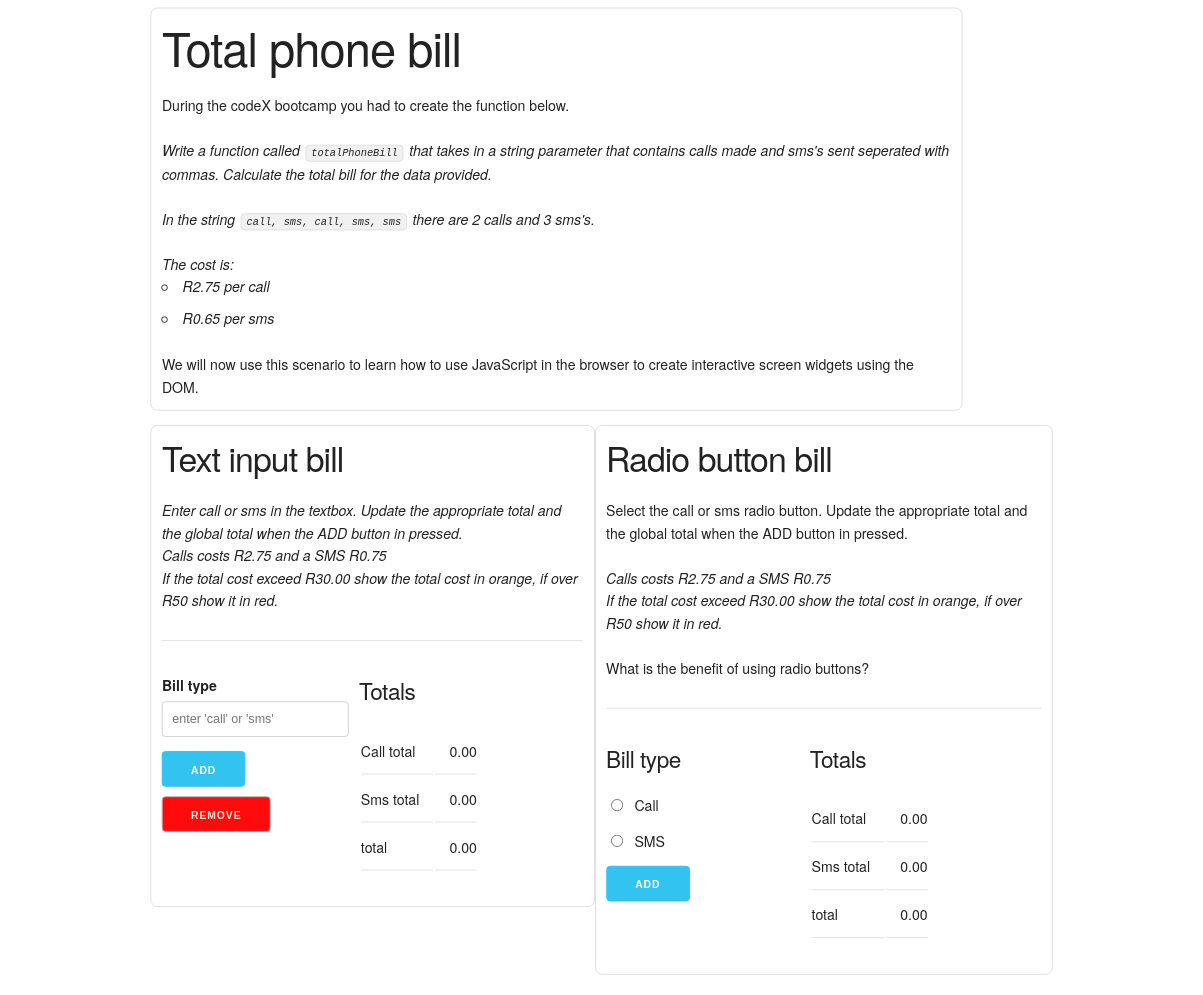
Repository: lasity34/Dom-intro-handlebars
Page: index.html
The author's editor kept a copy of each file at every save. The page is drawn from the files as they stood at one save, then again after the next save.
The browser window is 1280 px wide. The pictures show the whole page, at 94% of full size.
Some web libraries are served in a nearby version.

Above is the page before, as saved 2023-05-09 08:42:28.

### index.html
<!DOCTYPE html>
<html>
  <head>
    <meta charset="utf-8" />
    <title></title>
    <link rel="stylesheet" href="css/skeleton.css" />
    <link rel="stylesheet" href="css/style.css" />
    <script src="https://cdnjs.cloudflare.com/ajax/libs/handlebars.js/4.0.11/handlebars.min.js"></script>
    <script type="text/x-template" id="billTemplate">
      {{#each differentCosts}}
      <tr >
      <td>{{name}} total</td>
      <td><span class=" {{this.extraClass}}" >{{total}}</span></td>
      </tr>
      {{/each}}
    </script>
  </head>
  <body>
    <div class="container">
      <div class="row">
        <div class="twelve columns box">
          <h1>Total phone bill</h1>

          <div class="">
            During the codeX bootcamp you had to create the function below.
          </div>

          <br />

          <div class="">
            <i
              >Write a function called <code>totalPhoneBill</code> that takes in
              a string parameter that contains calls made and sms's sent
              seperated with commas. Calculate the total bill for the data
              provided. <br /><br />
              In the string <code>call, sms, call, sms, sms</code> there are 2
              calls and 3 sms's.
              <br />
              <br />
              The cost is:
              <ul>
                <li>R2.75 per call</li>
                <li>R0.65 per sms</li>
              </ul>
            </i>
          </div>

          <div class="">
            We will now use this scenario to learn how to use JavaScript in the
            browser to create interactive screen widgets using the DOM.
          </div>
        </div>
      </div>
      <div class="widget_container">
      <div class="width">
        <div class=" box">
          <!--  text input bill -->
          <h3>Text input bill</h3>

          <div class="">
            <i
              >Enter call or sms in the textbox. Update the appropriate total
              and the global total when the ADD button in pressed.</i
            >
          </div>
          <div class="">
            <i>Calls costs R2.75 and a SMS R0.75</i>
          </div>

          <div class="">
            <i
              >If the total cost exceed R30.00 show the total cost in orange, if
              over R50 show it in red.</i
            >
          </div>
          <hr />

          <div></div>
          <div class="row">
            <div class="six columns">
              <label for="">Bill type</label>
              <input
                type="text"
                name=""
                value=""
                placeholder="enter 'call' or 'sms' "
                class="billTypeText"
              />
              <button
                class="button-primary addToBillBtn"
                type="button"
                name="button"
              >
                Add
              </button>
              <button class="resetBtn" type="button" name="button">
                Remove
              </button>
            </div>
            <div class="six columns">
              <h5>Totals</h5>
              <table class="textTotals"></table>
            </div>
          </div>
        </div>
      </div>
      <div class="width">
        <div class=" box">
          <h3>Radio button bill</h3>

          <div class="">
            Select the call or sms radio button. Update the appropriate total
            and the global total when the ADD button in pressed.
          </div>
          <br />
          <div class="">
            <i>Calls costs R2.75 and a SMS R0.75</i>
          </div>

          <div class="">
            <i
              >If the total cost exceed R30.00 show the total cost in orange, if
              over R50 show it in red.</i
            >
          </div>
          <br />
          <div class="">What is the benefit of using radio buttons?</div>

          <hr />

          <div class="row">
            <div class="six columns">
              <h5>Bill type</h5>
              <label class="">
                <input
                  type="radio"
                  name="billItemType"
                  class="billItemTypeRadio"
                  value="call"
                />
                <span class="label-body">Call</span>
              </label>
              <label class="">
                <input
                  type="radio"
                  name="billItemType"
                  class="billItemTypeRadio"
                  value="sms"
                />
                <span class="label-body">SMS</span>
              </label>
              <button
                class="button-primary radioBillAddBtn"
                type="button"
                name="button"
              >
                Add
              </button>
            </div>
            <div class="six columns">
              <h5>Totals</h5>
              <table class="radioTotals"></table>
            </div>
          </div>
        </div>
      </div>
      </div>
    </div>

    <script src="./js/text-bill.js" charset="utf-8"></script>
    <script src="./js/radio-bill.js" charset="utf-8"></script>
  </body>
</html>

<!-- billTotal -->

### css/skeleton.css
/*
* Skeleton V2.0.4
* Copyright 2014, Dave Gamache
* www.getskeleton.com
* Free to use under the MIT license.
* http://www.opensource.org/licenses/mit-license.php
* 12/29/2014
*/


/* Table of contents
––––––––––––––––––––––––––––––––––––––––––––––––––
- Grid
- Base Styles
- Typography
- Links
- Buttons
- Forms
- Lists
- Code
- Tables
- Spacing
- Utilities
- Clearing
- Media Queries
*/


/* Grid
–––––––––––––––––––––––––––––––––––––––––––––––––– */
.container {
  position: relative;
  width: 100%;
  max-width: 960px;
  margin: 0 auto;
  padding: 0 20px;
  box-sizing: border-box; }
.column,
.columns {
  width: 100%;
  float: left;
  box-sizing: border-box; }

/* For devices larger than 400px */
@media (min-width: 400px) {
  .container {
    width: 85%;
    padding: 0; }
}

/* For devices larger than 550px */
@media (min-width: 550px) {
  .container {
    width: 80%; }
  .column,
  .columns {
    margin-left: 4%; }
  .column:first-child,
  .columns:first-child {
    margin-left: 0; }

  .one.column,
  .one.columns                    { width: 4.66666666667%; }
  .two.columns                    { width: 13.3333333333%; }
  .three.columns                  { width: 22%;            }
  .four.columns                   { width: 30.6666666667%; }
  .five.columns                   { width: 39.3333333333%; }
  .six.columns                    { width: 48%;            }
  .seven.columns                  { width: 56.6666666667%; }
  .eight.columns                  { width: 65.3333333333%; }
  .nine.columns                   { width: 74.0%;          }
  .ten.columns                    { width: 82.6666666667%; }
  .eleven.columns                 { width: 91.3333333333%; }
  .twelve.columns                 { width: 100%; margin-left: 0; }

  .one-third.column               { width: 30.6666666667%; }
  .two-thirds.column              { width: 65.3333333333%; }

  .one-half.column                { width: 48%; }

  /* Offsets */
  .offset-by-one.column,
  .offset-by-one.columns          { margin-left: 8.66666666667%; }
  .offset-by-two.column,
  .offset-by-two.columns          { margin-left: 17.3333333333%; }
  .offset-by-three.column,
  .offset-by-three.columns        { margin-left: 26%;            }
  .offset-by-four.column,
  .offset-by-four.columns         { margin-left: 34.6666666667%; }
  .offset-by-five.column,
  .offset-by-five.columns         { margin-left: 43.3333333333%; }
  .offset-by-six.column,
  .offset-by-six.columns          { margin-left: 52%;            }
  .offset-by-seven.column,
  .offset-by-seven.columns        { margin-left: 60.6666666667%; }
  .offset-by-eight.column,
  .offset-by-eight.columns        { margin-left: 69.3333333333%; }
  .offset-by-nine.column,
  .offset-by-nine.columns         { margin-left: 78.0%;          }
  .offset-by-ten.column,
  .offset-by-ten.columns          { margin-left: 86.6666666667%; }
  .offset-by-eleven.column,
  .offset-by-eleven.columns       { margin-left: 95.3333333333%; }

  .offset-by-one-third.column,
  .offset-by-one-third.columns    { margin-left: 34.6666666667%; }
  .offset-by-two-thirds.column,
  .offset-by-two-thirds.columns   { margin-left: 69.3333333333%; }

  .offset-by-one-half.column,
  .offset-by-one-half.columns     { margin-left: 52%; }

}


/* Base Styles
–––––––––––––––––––––––––––––––––––––––––––––––––– */
/* NOTE
html is set to 62.5% so that all the REM measurements throughout Skeleton
are based on 10px sizing. So basically 1.5rem = 15px :) */
html {
  font-size: 62.5%; }
body {
  font-size: 1.5em; /* currently ems cause chrome bug misinterpreting rems on body element */
  line-height: 1.6;
  font-weight: 400;
  font-family: "Raleway", "HelveticaNeue", "Helvetica Neue", Helvetica, Arial, sans-serif;
  color: #222; }


/* Typography
–––––––––––––––––––––––––––––––––––––––––––––––––– */
h1, h2, h3, h4, h5, h6 {
  margin-top: 0;
  margin-bottom: 2rem;
  font-weight: 300; }
h1 { font-size: 4.0rem; line-height: 1.2;  letter-spacing: -.1rem;}
h2 { font-size: 3.6rem; line-height: 1.25; letter-spacing: -.1rem; }
h3 { font-size: 3.0rem; line-height: 1.3;  letter-spacing: -.1rem; }
h4 { font-size: 2.4rem; line-height: 1.35; letter-spacing: -.08rem; }
h5 { font-size: 1.8rem; line-height: 1.5;  letter-spacing: -.05rem; }
h6 { font-size: 1.5rem; line-height: 1.6;  letter-spacing: 0; }

/* Larger than phablet */
@media (min-width: 550px) {
  h1 { font-size: 5.0rem; }
  h2 { font-size: 4.2rem; }
  h3 { font-size: 3.6rem; }
  h4 { font-size: 3.0rem; }
  h5 { font-size: 2.4rem; }
  h6 { font-size: 1.5rem; }
}

p {
  margin-top: 0; }


/* Links
–––––––––––––––––––––––––––––––––––––––––––––––––– */
a {
  color: #1EAEDB; }
a:hover {
  color: #0FA0CE; }


/* Buttons
–––––––––––––––––––––––––––––––––––––––––––––––––– */
.button,
button,
input[type="submit"],
input[type="reset"],
input[type="button"] {
  display: inline-block;
  height: 38px;
  padding: 0 30px;
  color: #555;
  text-align: center;
  font-size: 11px;
  font-weight: 600;
  line-height: 38px;
  letter-spacing: .1rem;
  text-transform: uppercase;
  text-decoration: none;
  white-space: nowrap;
  background-color: transparent;
  border-radius: 4px;
  border: 1px solid #bbb;
  cursor: pointer;
  box-sizing: border-box; }
.button:hover,
button:hover,
input[type="submit"]:hover,
input[type="reset"]:hover,
input[type="button"]:hover,
.button:focus,
button:focus,
input[type="submit"]:focus,
input[type="reset"]:focus,
input[type="button"]:focus {
  color: #333;
  border-color: #888;
  outline: 0; }
.button.button-primary,
button.button-primary,
input[type="submit"].button-primary,
input[type="reset"].button-primary,
input[type="button"].button-primary {
  color: #FFF;
  background-color: #33C3F0;
  border-color: #33C3F0; }
.button.button-primary:hover,
button.button-primary:hover,
input[type="submit"].button-primary:hover,
input[type="reset"].button-primary:hover,
input[type="button"].button-primary:hover,
.button.button-primary:focus,
button.button-primary:focus,
input[type="submit"].button-primary:focus,
input[type="reset"].button-primary:focus,
input[type="button"].button-primary:focus {
  color: #FFF;
  background-color: #1EAEDB;
  border-color: #1EAEDB; }


/* Forms
–––––––––––––––––––––––––––––––––––––––––––––––––– */
input[type="email"],
input[type="number"],
input[type="search"],
input[type="text"],
input[type="tel"],
input[type="url"],
input[type="password"],
textarea,
select {
  height: 38px;
  padding: 6px 10px; /* The 6px vertically centers text on FF, ignored by Webkit */
  background-color: #fff;
  border: 1px solid #D1D1D1;
  border-radius: 4px;
  box-shadow: none;
  box-sizing: border-box; }
/* Removes awkward default styles on some inputs for iOS */
input[type="email"],
input[type="number"],
input[type="search"],
input[type="text"],
input[type="tel"],
input[type="url"],
input[type="password"],
textarea {
  -webkit-appearance: none;
     -moz-appearance: none;
          appearance: none; }
textarea {
  min-height: 65px;
  padding-top: 6px;
  padding-bottom: 6px; }
input[type="email"]:focus,
input[type="number"]:focus,
input[type="search"]:focus,
input[type="text"]:focus,
input[type="tel"]:focus,
input[type="url"]:focus,
input[type="password"]:focus,
textarea:focus,
select:focus {
  border: 1px solid #33C3F0;
  outline: 0; }
label,
legend {
  display: block;
  margin-bottom: .5rem;
  font-weight: 600; }
fieldset {
  padding: 0;
  border-width: 0; }
input[type="checkbox"],
input[type="radio"] {
  display: inline; }
label > .label-body {
  display: inline-block;
  margin-left: .5rem;
  font-weight: normal; }


/* Lists
–––––––––––––––––––––––––––––––––––––––––––––––––– */
ul {
  list-style: circle inside; }
ol {
  list-style: decimal inside; }
ol, ul {
  padding-left: 0;
  margin-top: 0; }
ul ul,
ul ol,
ol ol,
ol ul {
  margin: 1.5rem 0 1.5rem 3rem;
  font-size: 90%; }
li {
  margin-bottom: 1rem; }


/* Code
–––––––––––––––––––––––––––––––––––––––––––––––––– */
code {
  padding: .2rem .5rem;
  margin: 0 .2rem;
  font-size: 90%;
  white-space: nowrap;
  background: #F1F1F1;
  border: 1px solid #E1E1E1;
  border-radius: 4px; }
pre > code {
  display: block;
  padding: 1rem 1.5rem;
  white-space: pre; }


/* Tables
–––––––––––––––––––––––––––––––––––––––––––––––––– */
th,
td {
  padding: 12px 15px;
  text-align: left;
  border-bottom: 1px solid #E1E1E1; }
th:first-child,
td:first-child {
  padding-left: 0; }
th:last-child,
td:last-child {
  padding-right: 0; }


/* Spacing
–––––––––––––––––––––––––––––––––––––––––––––––––– */
button,
.button {
  margin-bottom: 1rem; }
input,
textarea,
select,
fieldset {
  margin-bottom: 1.5rem; }
pre,
blockquote,
dl,
figure,
table,
p,
ul,
ol,
form {
  margin-bottom: 2.5rem; }


/* Utilities
–––––––––––––––––––––––––––––––––––––––––––––––––– */
.u-full-width {
  width: 100%;
  box-sizing: border-box; }
.u-max-full-width {
  max-width: 100%;
  box-sizing: border-box; }
.u-pull-right {
  float: right; }
.u-pull-left {
  float: left; }


/* Misc
–––––––––––––––––––––––––––––––––––––––––––––––––– */
hr {
  margin-top: 3rem;
  margin-bottom: 3.5rem;
  border-width: 0;
  border-top: 1px solid #E1E1E1; }


/* Clearing
–––––––––––––––––––––––––––––––––––––––––––––––––– */

/* Self Clearing Goodness */
.container:after,
.row:after,
.u-cf {
  content: "";
  display: table;
  clear: both; }


/* Media Queries
–––––––––––––––––––––––––––––––––––––––––––––––––– */
/*
Note: The best way to structure the use of media queries is to create the queries
near the relevant code. For example, if you wanted to change the styles for buttons
on small devices, paste the mobile query code up in the buttons section and style it
there.
*/


/* Larger than mobile */
@media (min-width: 400px) {}

/* Larger than phablet (also point when grid becomes active) */
@media (min-width: 550px) {}

/* Larger than tablet */
@media (min-width: 750px) {}

/* Larger than desktop */
@media (min-width: 1000px) {}

/* Larger than Desktop HD */
@media (min-width: 1200px) {}

### css/style.css
.box {
  padding: 0.75em;
  border-radius : 0.5em;
  border : 1px solid #ddd;
  height: auto;
  margin-bottom: 1em;
}


.warning {
  color: orange;
  font-weight: bold;
}

.danger {
  color: crimson;
  font-weight: bold;
}

.total {
  font-weight: bold;
  font-size: 2em;
}

.resetBtn {
  background-color: rgb(255, 11, 11);
  color: antiquewhite;
}

.widget_container {
  display: flex;
  justify-content: space-around;
}

.row {
  width: 90%;
}

### js/text-bill.js
// get a reference to the textbox where the bill type is to be entered

//get a reference to the add button

//create a variable that will keep track of the total bill

//add an event listener for when the add button is pressed

//in the event listener check if the value in the bill type textbox is 'sms' or 'call'
// * add the appropriate value to the running total
// * add nothing for invalid values that is not 'call' or 'sms'.
// * display the latest total on the screen\index.html

const billTypeText = document.querySelector(".billTypeText");
const textTotalAddBtn = document.querySelector(".addToBillBtn");
const textTotalRemoveBtn = document.querySelector(".resetBtn");
const totalElem = document.querySelector(".total");
const textCostDataElem = document.querySelector(".textTotals");


let callsTotal = 0.0;
let smsTotal = 0.0;
let totaltext = 0.0;

function textBillTotal() {
  const billTypeEntered = billTypeText.value.trim();

  if (billTypeEntered === "call") {
    callsTotal += 2.75;
  } else if (billTypeEntered === "sms") {
    smsTotal += 0.75;
  }

  totaltext = callsTotal + smsTotal;
  updateTextTemplate();

}
function removeTotal() {
  callsTotal = 0;
  smsTotal = 0;
  totaltext = 0
  updateTextTemplate();
}

function updateTextTemplate() {
  const templateSource = document.querySelector("#billTemplate").innerHTML;
  const textTemplate = Handlebars.compile(templateSource);

  const costData = {
    differentCosts: [
      { name: "Call", total: callsTotal.toFixed(2), extraClass : "" },
      {
        name: "Sms",
        total: smsTotal.toFixed(2),
        extraClass : ""
      },
      {
        name: "",
        total: totaltext.toFixed(2),
        extraClass : totaltext > 50 ? "danger" : totaltext > 30 ? "warning" : ""
      },
    ],

  };

  const userDataHTML = textTemplate(costData);

  textCostDataElem.innerHTML = userDataHTML;
}

document.addEventListener("DOMContentLoaded", function () {
  updateTextTemplate();
});

textTotalAddBtn.addEventListener("click", textBillTotal);
textTotalRemoveBtn.addEventListener("click", removeTotal);

### js/radio-bill.js
// get a reference to the sms or call radio buttons

//get a reference to the add button

//create a variable that will keep track of the total bill

//add an event listener for when the add button is pressed

//in the event listener get the value from the billItemTypeRadio radio buttons
// * add the appropriate value to the running total
// * add nothing for invalid values that is not 'call' or 'sms'.
// * display the latest total on the screen

const radioBillAddBtnElement = document.querySelector(".radioBillAddBtn");

// "input[name='billItemType']:checked"
const callTotalTwoElement = document.querySelector(".callTotalTwo");
const smsTotalTwoElement = document.querySelector(".smsTotalTwo");
const totalTwoElement = document.querySelector(".totalTwo");

let smsTotalRadio = 0;
let callTotalRadio = 0;
let radioTotal = 0;
function calculateRadioBtn() {
  const checkedRadioBtnElement = document.querySelector(
    "input[name='billItemType']:checked"
  );

  if (checkedRadioBtnElement) {
    const billItemType = checkedRadioBtnElement.value;

    if (billItemType === "call") {
      callTotalRadio += 2.75;
    } else if (billItemType === "sms") {
      smsTotalRadio += 0.75;
    }
  }

  radioTotal = callTotalRadio + smsTotalRadio;

  updateRadioTemplate();

  const radioItem = document.querySelectorAll(".radioItem");


}

function updateRadioTemplate(type) {
  const templateSource = document.querySelector("#billTemplate").innerHTML;
  const userTemplate = Handlebars.compile(templateSource);
  const radioCostDataElem = document.querySelector(".radioTotals");
  const costData = {
    differentCosts: [
      { name: "Call", total: callTotalRadio.toFixed(2), extraClass : "" },
      {
        name: "Sms",
        total: smsTotalRadio.toFixed(2),
        extraClass : ""
      },
      {
        name: "",
        total: radioTotal.toFixed(2),
        extraClass : radioTotal > 50 ? "danger" : radioTotal > 30 ? "warning" : ''
      },
    ],

  };

  const userDataHTML = userTemplate(costData);
  radioCostDataElem.innerHTML = userDataHTML;
}

document.addEventListener("DOMContentLoaded", function () {
  updateRadioTemplate("radio");
});

radioBillAddBtnElement.addEventListener("click", calculateRadioBtn);

After the next save:
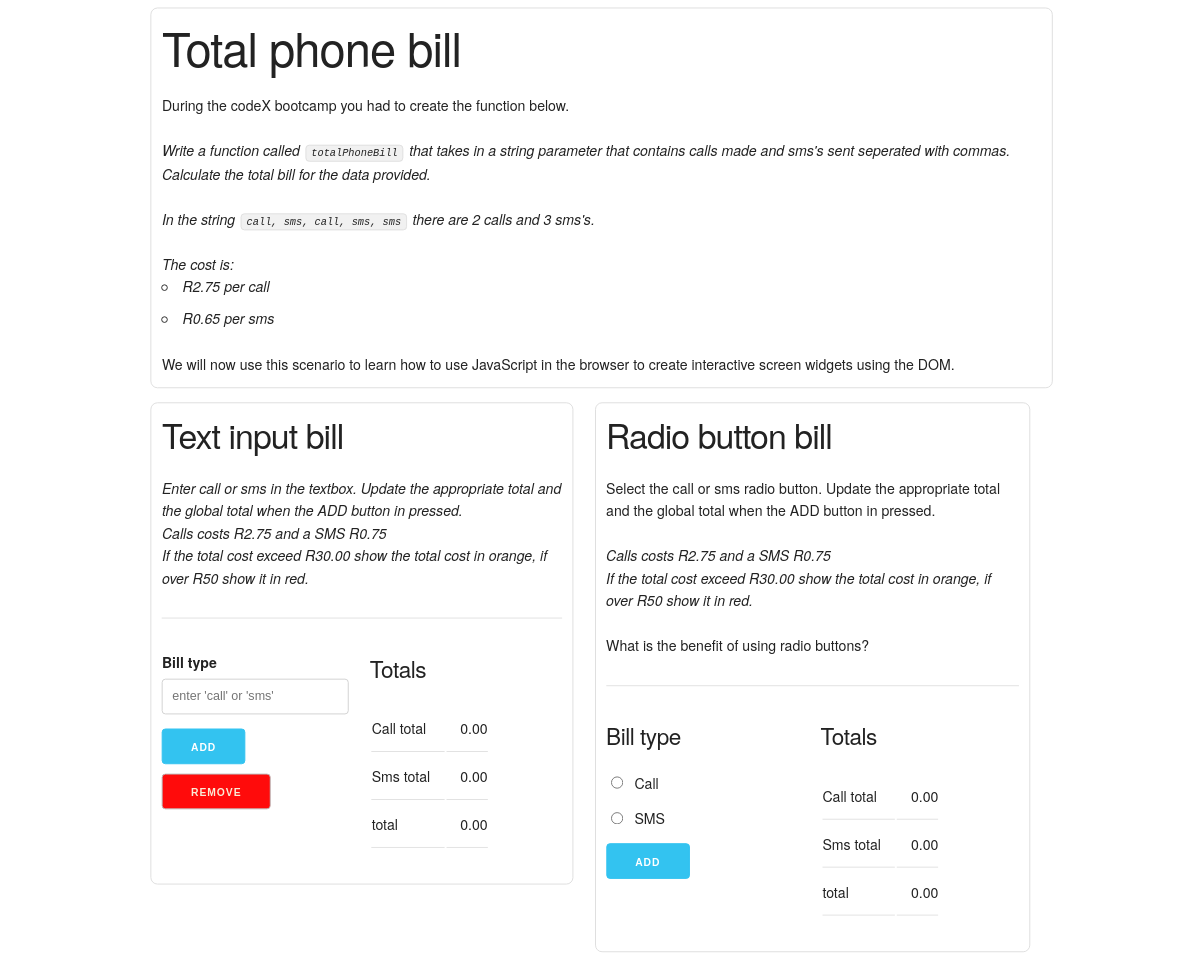
Saved 5 min 7 s later.
--- a/css/style.css
+++ b/css/style.css
@@ -32,6 +32,6 @@
   justify-content: space-around;
 }
 
-.row {
+.box {
   width: 90%;
 }
